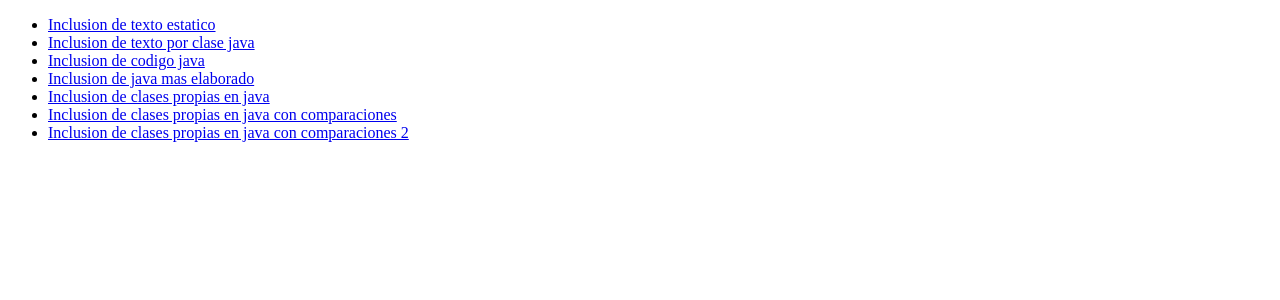
Repository: weertop/2DAW
Page: DWServidor/eclipse-workspace-photom/t0curso/WebContent/index.html
The author's editor kept a copy of each file at every save. The page is drawn from the files as they stood at one save, then again after the next save.
The browser window is 1280 px wide. The pictures show the whole page.

Above is the page before, as saved 2019-09-26 11:06:39.

After the next save:
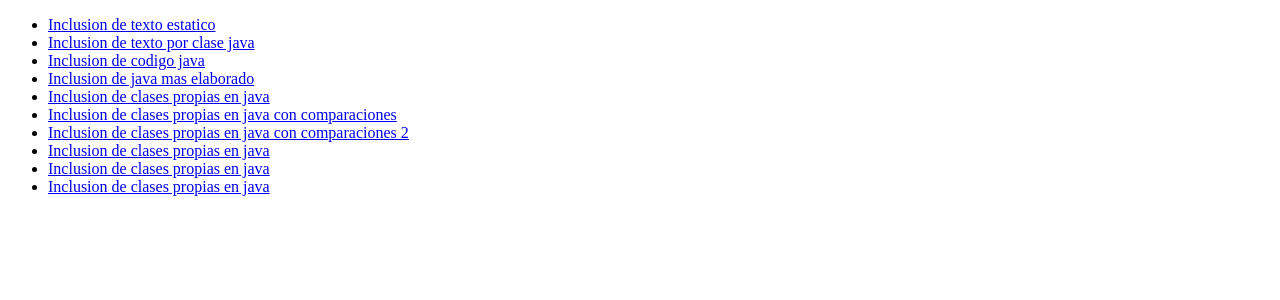
Saved 18 s later.
--- a/DWServidor/eclipse-workspace-photom/t0curso/WebContent/index.html
+++ b/DWServidor/eclipse-workspace-photom/t0curso/WebContent/index.html
@@ -13,7 +13,9 @@
 		<li><a href="eje05.jsp">Inclusion de clases propias en java</a></li>
 		<li><a href="eje06.jsp">Inclusion de clases propias en java con comparaciones</a></li>
 		<li><a href="eje06_2.jsp">Inclusion de clases propias en java con comparaciones 2</a></li>
-
+		<li><a href="ejeMasEjer.jsp">Inclusion de clases propias en java</a></li>
+		<li><a href="ejeMasEjer2.jsp">Inclusion de clases propias en java</a></li>
+		<li><a href="ejeMasEjer3.jsp">Inclusion de clases propias en java</a></li>
 	</ul>
 </body>
 </html>
